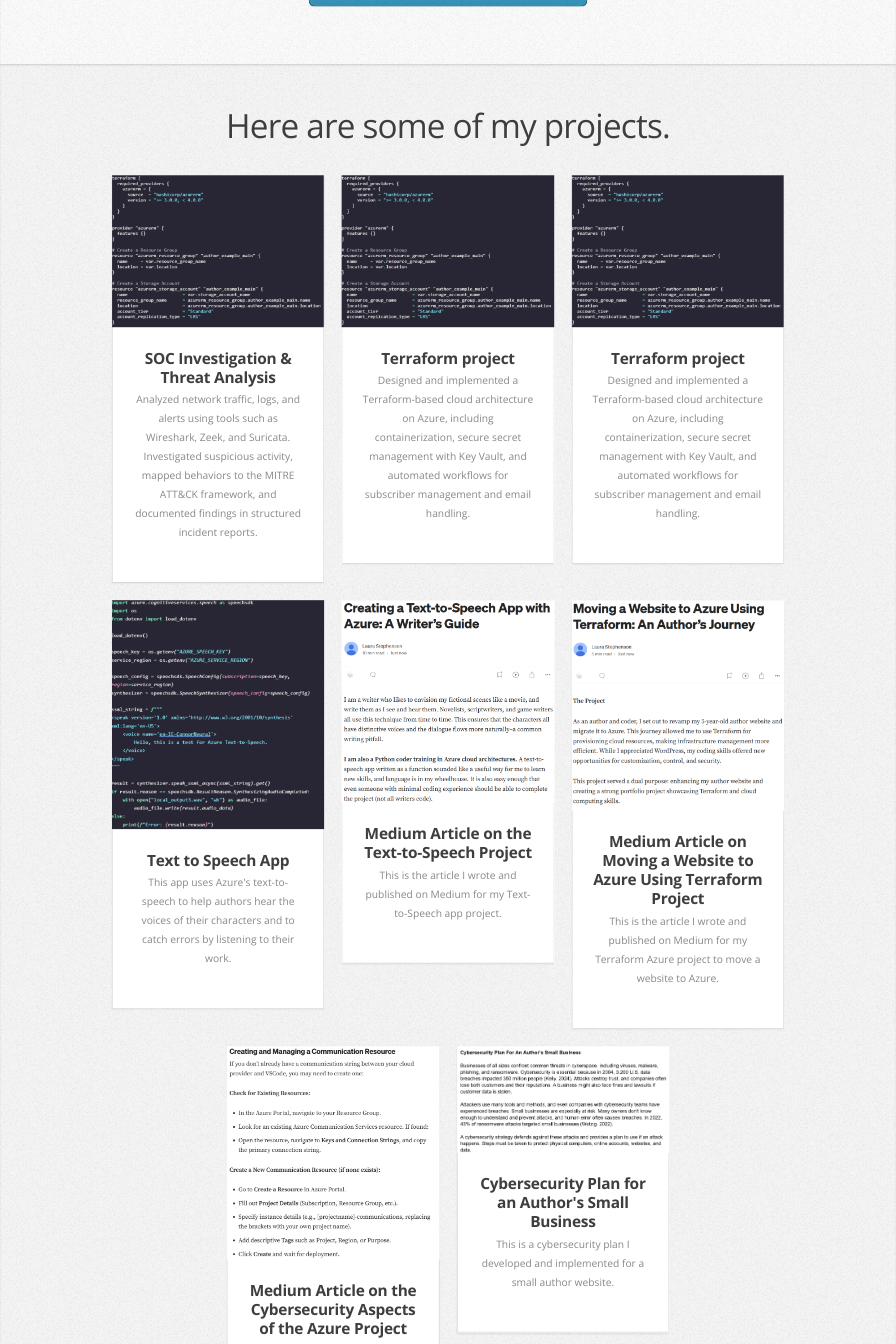
Repository: lauralstephenson/Portfolio_Personal
Page: index.html
An editor plug-in stored every save of this project. The page is shown before and after the next save, followed by the edit.
The browser window is 1280 px wide. The pictures show the part of the page from y = 1919 to 3839 px (the page is 4683 px tall before and 4656 px after), at 70% of full size.
A picture or video elsewhere on the page could not be fetched, so the positions and the page height are approximate.

Above is the page before, as saved 2026-04-27 19:13:40.

After the next save:
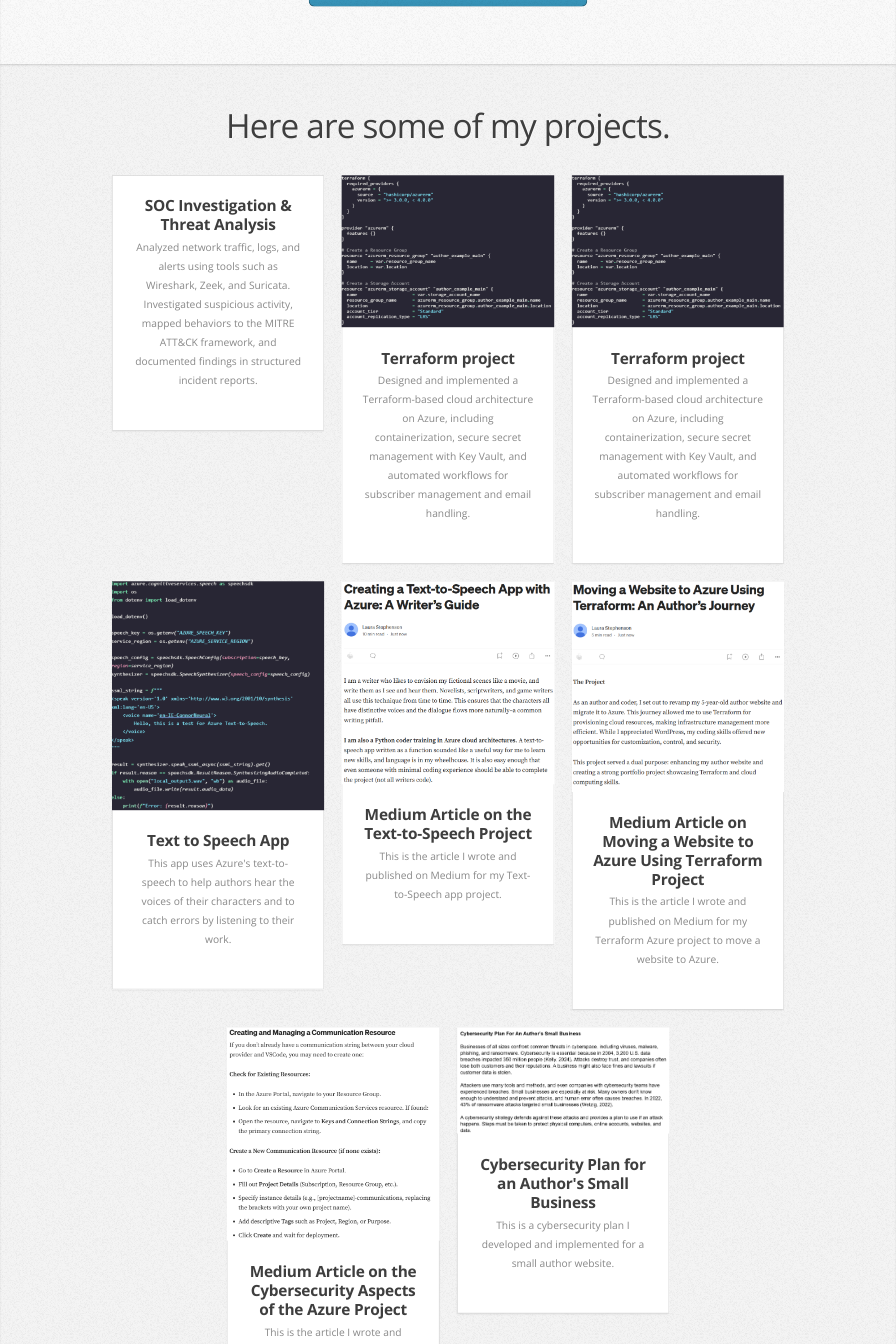
Not found: images/soc.png
Saved 4 min 50 s later.
--- a/index.html
+++ b/index.html
@@ -107,7 +107,7 @@
 							<div class="col-4 col-6-medium col-12-small">
 							<article class="box style2">
 								<div class="box-content">
-									<a href="https://github.com/lauralstephenson/pseudocode_terraform_examples_for_website" class="image featured"><img src="images\terraform_portfolio_pic.png" alt="" /></a>
+									<a href="https://github.com/lauralstephenson/pseudocode_terraform_examples_for_website" class="image featured"><img src="images\soc.png" alt="" /></a>
 									<h3><a href="https://github.com/lauralstephenson/pseudocode_terraform_examples_for_website"></a>SOC Investigation & Threat Analysis</h3>
 									<p>Analyzed network traffic, logs, and alerts using tools such as Wireshark, Zeek, and Suricata. Investigated suspicious activity, mapped behaviors to the MITRE ATT&CK framework, and documented findings in structured incident reports.</p>
 								</div>

After the 3 saves that followed:
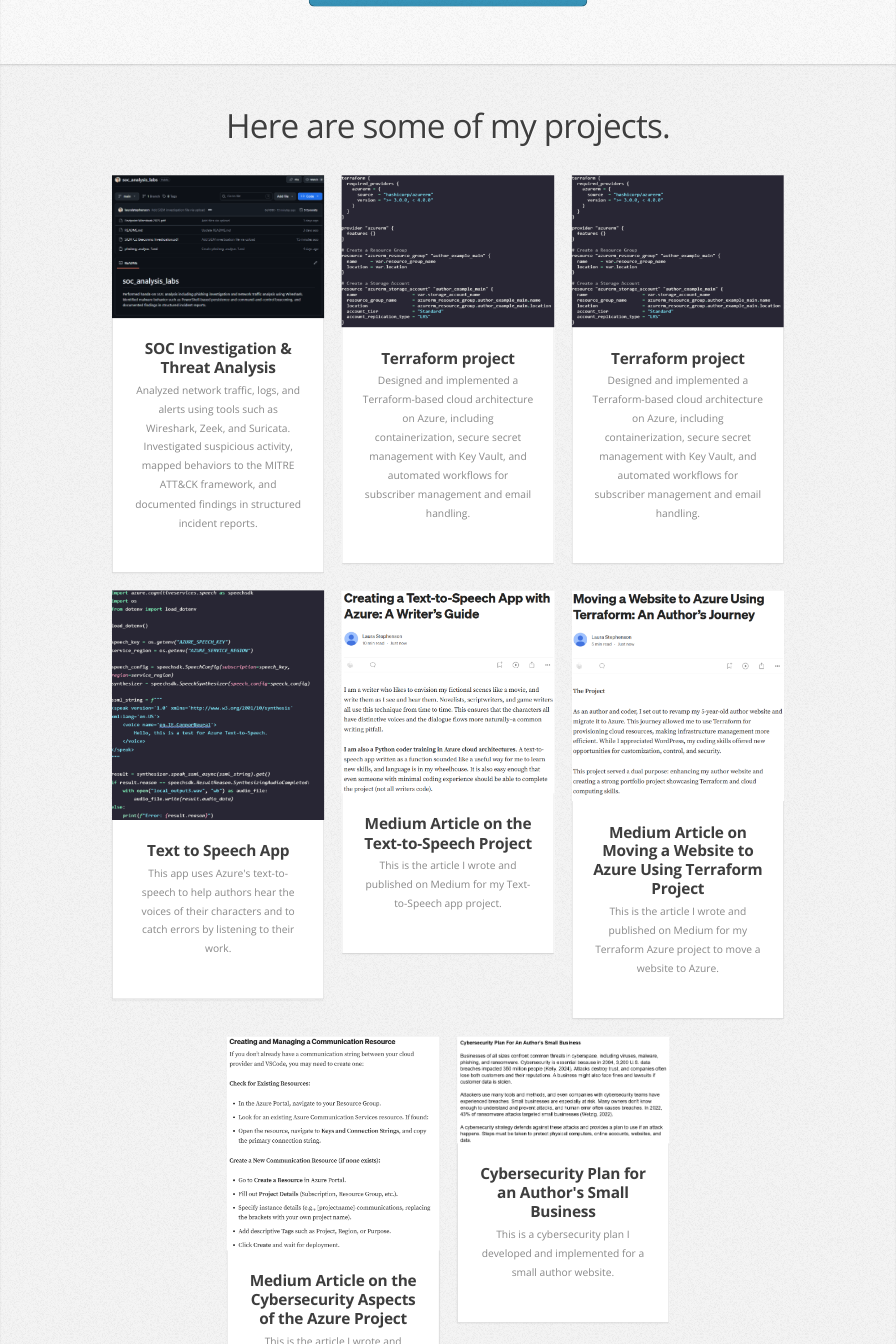
The 3 saves are shown as one change because they came seconds apart.
The last was saved 20 s later.
--- a/index.html
+++ b/index.html
@@ -107,7 +107,7 @@
 							<div class="col-4 col-6-medium col-12-small">
 							<article class="box style2">
 								<div class="box-content">
-									<a href="https://github.com/lauralstephenson/pseudocode_terraform_examples_for_website" class="image featured"><img src="images\soc.png" alt="" /></a>
+									<a href="https://github.com/lauralstephenson/pseudocode_terraform_examples_for_website" class="image featured"><img src="images/soc_project.png" alt="SOC Investigation Project" /></a>
 									<h3><a href="https://github.com/lauralstephenson/pseudocode_terraform_examples_for_website"></a>SOC Investigation & Threat Analysis</h3>
 									<p>Analyzed network traffic, logs, and alerts using tools such as Wireshark, Zeek, and Suricata. Investigated suspicious activity, mapped behaviors to the MITRE ATT&CK framework, and documented findings in structured incident reports.</p>
 								</div>
